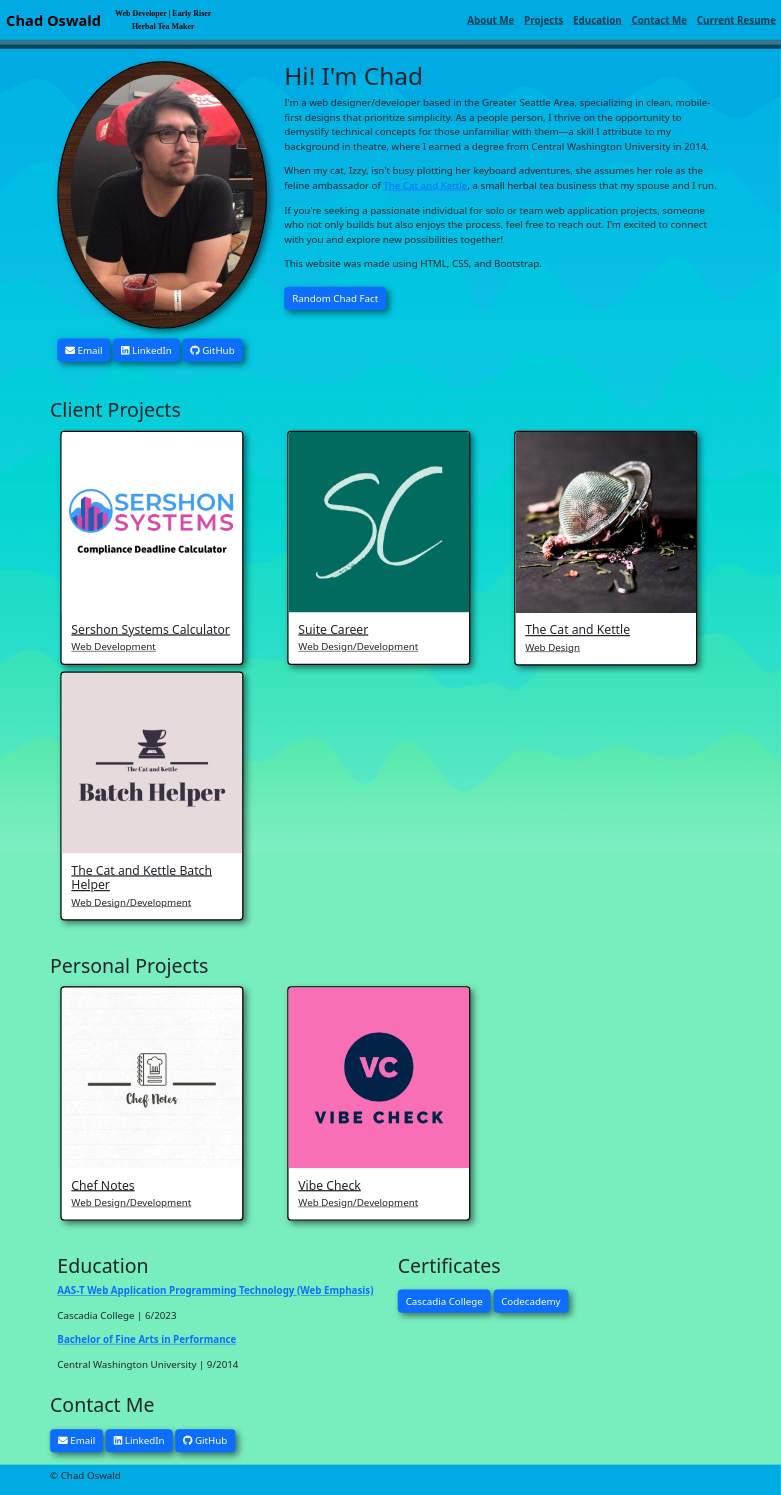
Repository: ChaidGPT/Portfolio
Page: index.html
The author's editor kept a copy of each file at every save. The page is drawn from the files as they stood at one save, then again after the next save.
The browser window is 1280 px wide. The pictures show the whole page, at 61% of full size.

Above is the page before, as saved 2023-07-30 14:54:49.

### index.html
<!DOCTYPE html>
<html lang="en">
<head>
    <meta charset="UTF-8">
    <meta name="viewport" content="width=device-width, initial-scale=1.0">
    <link rel="icon" href="images/favicon.png" type="image/x-icon">
    <title>Chad Oswald's Portfolio</title>
    <script src="js/bootstrap.min.js"></script>
    <script src="script.js"></script>
    <link rel="stylesheet" href="css/bootstrap.min.css">
    <link rel="stylesheet" href="styles.css">
    <link rel="stylesheet" href="https://cdnjs.cloudflare.com/ajax/libs/font-awesome/6.0.0-beta3/css/all.min.css">
</head>
<body data-spy="scroll" data-target="#mainNav">
    <div class="container">
        <header>
            <!-- Navbar -->
            <nav id="mainNav" class="navbar navbar-expand-lg navbar-custom fixed-top">
                <div class="navbar-brand d-flex align-items-center">
                  <span class="underline-text">Chad Oswald</span>
                  <div class="ms-2 d-flex flex-column align-items-center">
                    <span class="small-line d-block">Web Developer | Early Riser</span>
                    <span class="small-line d-block">Herbal Tea Maker</span>
                  </div>
                </div>
                <button class="navbar-toggler" type="button" data-bs-toggle="collapse" data-bs-target="#navbarNav" aria-controls="navbarNav" aria-expanded="false" aria-label="Toggle navigation">
                  <span class="navbar-toggler-icon"></span>
                </button>
                <div class="collapse navbar-collapse justify-content-end" id="navbarNav">
                  <ul class="navbar-nav">
                    <li class="nav-item">
                      <a class="nav-link" href="#section1">About Me</a>
                    </li>
                    <li class="nav-item">
                      <a class="nav-link" href="#section2">Projects</a>
                    </li>
                    <li class="nav-item">
                        <a class="nav-link" href="#section3">Education</a>
                      </li>
                    <li class="nav-item">
                      <a class="nav-link" href="#section4">Contact Me</a>
                    </li>
                    <li class="nav-item">
                      <a class="nav-link" href="Resume.html" target="_blank">Current Resume</a>
                    </li>
                  </ul>
                </div>
              </nav>
          </header>
        <main>
            <!-- Introduction section -->
            <div id="section1" class="intro">
                <div class="container">
                    <div class="row">
                        <div class="col-md-4">
                          <div class="profile-picture">
                            <img src="images/profilePicture.jpg" alt="Chad Oswald's Headshot" class="img-fluid rounded-circle" style="max-width: 300px;">
                          </div>
                            <div class="btn-container">
                                <a class="btn btn-primary" href="mailto:chadloswald@gmail.com" role="button">
                                    <i class="fas fa-envelope"></i> Email
                                </a>
                                <a class="btn btn-primary" href="https://www.linkedin.com/in/chad-oswald-994a8b1b3/" target="_blank" role="button">
                                    <i class="fab fa-linkedin"></i> LinkedIn
                                </a>
                                <a class="btn btn-primary" href="https://github.com/ChaidGPT" target="_blank" role="button">
                                    <i class="fab fa-github"></i> GitHub
                                </a>
                            </div>
                        </div>
                        <div class="col-md-8">
              <div class="title">
                <h1>Hi! I'm Chad</h1>
              </div>
                <p>I'm a web designer/developer based in the Greater Seattle Area, specializing in clean, mobile-first designs that prioritize simplicity. As a people person, I thrive on the opportunity to demystify technical concepts for those unfamiliar with them—a skill I attribute to my background in theatre, where I earned a degree from Central Washington University in 2014.</p>
                <p>When my cat, Izzy, isn't busy plotting her keyboard adventures, she assumes her role as the feline ambassador of <a href="https://www.thecatandkettle.com/" target="_blank">The Cat and Kettle</a>, a small herbal tea business that my spouse and I run.</p>
                <p>If you're seeking a passionate individual for solo or team web application projects, someone who not only builds but also enjoys the process, feel free to reach out. I'm excited to connect with you and explore new possibilities together!</p>
                <p>This website was made using HTML, CSS, and Bootstrap.</p>
                <button id="factButton" class="btn btn-primary">Random Chad Fact</button>
                <div class="chad-facts">
                  <p id="facts" class="Random-fact"></p>
                </div>
            </div>
            </div>
            </div>
            </div>
            <!-- Client Projects section -->
            <div id="section2">
              <div class="title">
                <h2>Client Projects</h2>
              </div>
                <div class="container">
                    <div class="row">
                      <!-- ---------- -->
                      <div class="col-12 col-md-6 col-lg-4">
                        <a href="https://chaidgpt.github.io/SershonSystemsQuiz/" target="_blank" class="card">
                          <img src="images/SershonSystemsQuiz.png" class="card-img-top" alt="Suite Career Logo">
                          <div class="card-body">
                            <h5 class="card-title">Sershon Systems Calculator</h5>
                            <p class="card-subtitle">Web Development</p>
                            <p class="card-description">The Compliance Deadline Calculator for Sershon Systems - a user-friendly front-end project designed to help potential clients navigate the WA Clean Buildings Performance Standard and Seattle's Building Emissions Performance Standard. This calculator seamlessly integrates into the company's SquareSpace website and can be easily updated to accommodate evolving questionnaires. Built for a SquareSpace code block with HTML, CSS, JavaScript, and BootStrap.</p>
                          </div>
                        </a>
                      </div>
                      <!-- ---------- -->
                      <div class="col-12 col-md-6 col-lg-4">
                        <a href="SuiteCareerCodeExamples.svg" target="_blank" class="card">
                          <img src="images/SuiteCareerLogo.png" class="card-img-top" alt="Suite Career Logo">
                          <div class="card-body">
                            <h5 class="card-title">Suite Career</h5>
                            <p class="card-subtitle">Web Design/Development</p>
                            <p class="card-description">I developed and administered the admin app for Suite Career, a mobile app. My contributions included creating a user-friendly design for the Web App/Admin website, building responsive web pages, creating complex ViewModels for live analytics, and collaborating with version control using GitHub, and maintained up to date GitHub wiki. Technologies used were ASP.NET Core, CSS, HTML, BootStrap, Entity Framework, and Figma.</p>
                          </div>
                        </a>
                      </div>
                      <!-- ---------- -->
                      <div class="col-12 col-md-6 col-lg-4">
                        <a href="https://www.thecatandkettle.com/" target="_blank" class="card">
                          <img src="images/TheCatandKettle.jpg" class="card-img-top" alt="The Cat and Kettle Logo">
                          <div class="card-body">
                            <h5 class="card-title">The Cat and Kettle</h5>
                            <p class="card-subtitle">Web Design</p>
                            <p class="card-description">I created a visually appealing and user-friendly website for The Cat and Kettle, an herbal tea company, using Weebly. This website showcases their range of teas, offers easy navigation, and integrates an intuitive e-commerce system. It is mobile-friendly, optimized for search engines, and reflects the company's commitment to quality and sustainability.</p>
                          </div>
                        </a>
                      </div>
                      <!-- ---------- -->
                      <div class="col-12 col-md-6 col-lg-4">
                        <a href="https://chaidgpt.github.io/CKBatchHelper/" target="_blank" class="card">
                          <img src="images/BatchHelperLogo.png" class="card-img-top" alt="The Cat and Kettle Batch Helper Logo">
                          <div class="card-body">
                            <h5 class="card-title">The Cat and Kettle Batch Helper</h5>
                            <p class="card-subtitle">Web Design/Development</p>
                            <p class="card-description">Introducing The Cat and Kettle Batch Helper, a user-friendly mobile web app designed to solve a common problem faced by The Cat and Kettle employees. It simplifies the calculation of precise ingredient amounts for 42 different herbal teas, eliminating errors and saving time. Just select a tea, enter the batch size, and get accurate measurements instantly. Built with HTML, CSS, Bootstrap, and JavaScript.</p>
                          </div>
                        </a>
                      </div>
                      <!-- ---------- -->
                    </div>
                  </div>
            </div>
            <!-- Personal Projects section -->
            <div>
              <div class="title">
                <h2>Personal Projects</h2>
              </div>
                <div class="container">
                    <div class="row">
                      <!-- ---------- -->
                      <div class="col-12 col-md-6 col-lg-4">
                        <a href="https://chaidgpt.github.io/ChefNotes/" target="_blank" class="card">
                          <img src="images/ChefNotesLogo.png" class="card-img-top" alt="Chef Notes Logo">
                          <div class="card-body">
                            <h5 class="card-title">Chef Notes</h5>
                            <p class="card-subtitle">Web Design/Development</p>
                            <p class="card-description">Chef Notes is a simple, user-friendly web app for saving recipes on the go. Simply fill in the Name, Ingredients, and Directions forms, then click Save Recipe. Your recipes are beautifully displayed below. Save as many recipes as you like, and when you're ready, print or email them with ease. Built with HTML, CSS, and JavaScript.</p>
                          </div>
                        </a>
                      </div>
                      <!-- ---------- -->
                      <div class="col-12 col-md-6 col-lg-4">
                        <a href="https://chaidgpt.github.io/Dis-Service/" target="_blank" class="card">
                          <img src="images/VibeCheckLogo.jpeg" class="card-img-top" alt="Vibe Check Logo">
                          <div class="card-body">
                            <h5 class="card-title">Vibe Check</h5>
                            <p class="card-subtitle">Web Design/Development</p>
                            <p class="card-description">The Vibe Check company really dislikes its customers. This "help" website takes information from the user and turns it around on them. Built with HTML, CSS, and JavaScript.</p>
                          </div>
                        </a>
                      </div>
                      <!-- ---------- -->
                    </div>
                  </div>
            </div>
            <!-- Education section -->
            <div id="section3" class="education">
                <div class="container">
                    <div class="row">
                        <div class="col-md-6">
                          <div class="title">
                            <h2>Education</h2>
                          </div>
                            <p><a href="https://www.cascadia.edu/programs/certificate/documents/2022/2022-2023%20AAS-T%20Web%20Applications-%20Web%20Emphasis%20Degree%205.30.22.pdf" target="_blank" style="font-weight: bold;">AAS-T Web Application Programming Technology (Web Emphasis)</a></p>
                            <p>Cascadia College | 6/2023</p>
                            <p><a href="https://www.cwu.edu/theatre/performance-bfa" target="_blank" style="font-weight: bold;">Bachelor of Fine Arts in Performance</a></p>
                            <p>Central Washington University | 9/2014</p>
                        </div>
                        <div class="col-md-6">
                          <div class="title">
                            <h2 class="text-md-start">Certificates</h2>
                          </div>

                          <a href="#collapseCascadia" class="btn btn-primary" data-bs-toggle="collapse" aria-expanded="false" aria-controls="collapseContent">Cascadia College</a>

                          <div id="collapseCascadia" class="collapse">
                            <p><a href="https://www.cascadia.edu/programs/certificate/documents/2022/2022-2023%20Cert%20WEB-%20Computer%20Programming%20Foundations%205.30.22.pdf" target="_blank" style="font-weight: bold;">Computer Programming Foundations</a></p>
                            <p>Cascadia College | 6/2023</p>
                            <p><a href="https://www.cascadia.edu/programs/certificate/documents/2022/2022-2023%20Certificate%20WEB-%20JavaScript%20Programming%205.30.22.pdf" target="_blank" style="font-weight: bold;">JavaScript Programming</a></p>
                            <p>Cascadia College | 3/2023</p>
                            <p><a href="https://www.cascadia.edu/programs/certificate/documents/2022/2022-2023%20Certificate%20WEB-%20Web%20Foundations%205.30.22.pdf" target="_blank" style="font-weight: bold;">Web Foundations</a></p>
                            <p>Cascadia College | 6/2023</p>
                          </div>

                          <a href="#collapseCodecademy" class="btn btn-primary" data-bs-toggle="collapse" aria-expanded="false" aria-controls="collapseContent">Codecademy</a>

                          <div id="collapseCodecademy" class="collapse">
                            <p><a href="https://www.codecademy.com/profiles/chip3971050668/certificates/af00e5032d0a68cc84879983f5d8333b" target="_blank" style="font-weight: bold;">Learn React Course</a></p>
                            <p>Codecademy | 7/2023</p>
                          </div>

                        </div>
                    </div>
                </div>
            </div>
            <!-- Contact section -->
            <div id="section4">
                <div class="btn-container">
              <div class="title">
                <h2>Contact Me</h2>
              </div>
                <a class="btn btn-primary" href="mailto:chadloswald@gmail.com" role="button">
                    <i class="fas fa-envelope"></i> Email
                </a>
                <a class="btn btn-primary" href="https://www.linkedin.com/in/chad-oswald-994a8b1b3/" target="_blank" role="button">
                    <i class="fab fa-linkedin"></i> LinkedIn
                </a>
                <a class="btn btn-primary" href="https://github.com/ChaidGPT" target="_blank" role="button">
                    <i class="fab fa-github"></i> GitHub
                </a>
            </div>
            </div>
        </main>
    </div>


</body>
<footer class="footer">
    <div class="container d-flex align-items-left justify-content-start">
      <p>&copy; Chad Oswald</p>
    </div>
  </footer>
</html>

### script.js
document.addEventListener("DOMContentLoaded", function () {

var sentences = [
    "Chad was born in North Dakota.",
    "Chad really enjoys the scent of tomato leaves.",
    "Chad feeds his cat at 7am, 12pm, 3pm, and 8pm.",
    "The first role that Chad every played on stage was Francis in 'Our Girls' by Conrad Seiler.",
    "Chad's favorite college acting role is Orpheus in 'Polaroid Stories' by Naomi Iizuka.",
    "Chad's favorite manga artist is Junji Ito.",
    "Chad's favorite SNES game is a tie between Chrono Trigger and Super Mario RPG.",
    "Chad's favorite N64 game is The Legend of Zelda: Majora's Mask.",
    "Chad has never traveled east of North Dakota.",
    "Chad got engaged in Honolulu.",
    "Chad's favorite western comic is Hellboy.",
    "Chad's childhood stuffed animal was the RCA dog, Nipper.",
    "Chad likes to get work started early in the day.",
    "Chad prefers cool weather. 60 degrees is t-shirt weather",
    "Chad was on the men's dance team in high school.",
    "Chad's favorite album is 'Abbey Road'.",
    "Chad's favorite book as a child was 'Mrs. Frisby and the Rats of NIMH'",
    "Chad's would rank his favorite types of candy as fruity, sour, then chocolate.",
    "Chad's two favorite movies are Tombstone and John Carpenter's The Thing.",
    "Chad has never broken a bone (knock on wood).",
    "While it wasn't the best that has ever been made, Chad has successfully made a Beef Wellington.",
  ];

  function getRandomSentence() {
    var randomIndex = Math.floor(Math.random() * sentences.length);
    return sentences[randomIndex];
  }

  document.getElementById("factButton").addEventListener("click", function() {
    var randomSentence = getRandomSentence();
    document.getElementById("facts").textContent = randomSentence;
  });

});

### styles.css
.navbar-custom {
    background-color: #00ABE4;
    font-weight: bold;
    /* border-bottom: 1px solid #000000; */
    border-bottom: 4mm ridge rgba(2, 2, 2, 0.6);
}

.navbar-brand {
    padding-left: 10px;
    font-weight: bold;
    font-size: x-large;
    text-decoration: none;
    border-bottom: #000;
}

.navbar-brand .small-line {
    font-size: small;
    padding-left: 15px;
    font-weight: bold;
    font-family: initial;
}

.nav-link {
    text-decoration: underline;
}

.nav-link:hover {
    text-decoration: none;
}

.profile-picture {
    position: relative;
    z-index: 1;
    display: inline-block;
    border: 2px solid black;
    padding: 20px;
    border-radius: 50%;
    background: url(images/wood.jpg) center center / cover;
    box-shadow: 5px 5px 10px rgba(0,0,0,0.5);
}

.profile-picture img {
    display: block;
    width: 100%;
    height: auto;
}

/* .title {
    text-shadow: 5px 5px 5px rgba(0,0,0,0.5);
} */

.btn-container {
    max-width: relative;
    z-index: 1;
    padding-bottom: 10px;
}

.img-fluid {
    max-width: 100%;
    height: auto;
}

.card {
    border: 2px solid #000;
    width: 300px;
    margin: 5px;
    /* min-width: 280px; */
    box-shadow: 5px 5px 10px rgba(0,0,0,0.5);
}

.card-body .card-subtitle {
    text-decoration: none !important;
    font-weight:lighter;
}

.card .card-description {
    position: absolute;
    top: 0;
    left: 0;
    width: 100%;
    height: 100%;
    opacity: 0;
    transition: opacity 0.3s;
    padding: 10px;
    background-color: rgba(0, 0, 0, 0.7);
    color: #fff;
}

.card:hover .card-description {
    opacity: 1;
}

body {
    background-color: #78EDBE;
    padding-top: 70px;
    background-image: url(images/background.jpeg);
    background-repeat: no-repeat;
}

#section1 {
    margin-bottom: 50px;
}

#section2 {
    margin-bottom: 50px;
}

#section3 {
    margin-bottom: 20px;
}

h2 {
    margin-bottom: 10px;
}

.footer {
    background-color: #00ABE4;
    padding-top: 5px;
    padding-bottom: 5px;
    margin-top: 10px;
}

.btn {
    margin-top: 10px;
    box-shadow: 5px 5px 10px rgba(0,0,0,0.5);
}

.chad-facts {
    padding: 10px;
    margin-top: 10px;
    border-radius: 15px;
    display: flex;
    flex-wrap: wrap;
    align-items: center;
    align-items: center;
    text-align: center;
  }

  .factButton .btn {
    margin-right: 5px;
    align-self: flex-start;

  }

  .Random-fact {
    flex-grow: 1;
    text-align: center;
  }

  @media (max-width: 767px) {
    .profile-picture {
        text-align: center;
    }
  }

  .intro {
    margin-top: 30px;
  }

  .education {
    margin-top: 50px;
  }

Loaded but not shown: js/bootstrap.min.js (library); css/bootstrap.min.css (library)

After the next save:
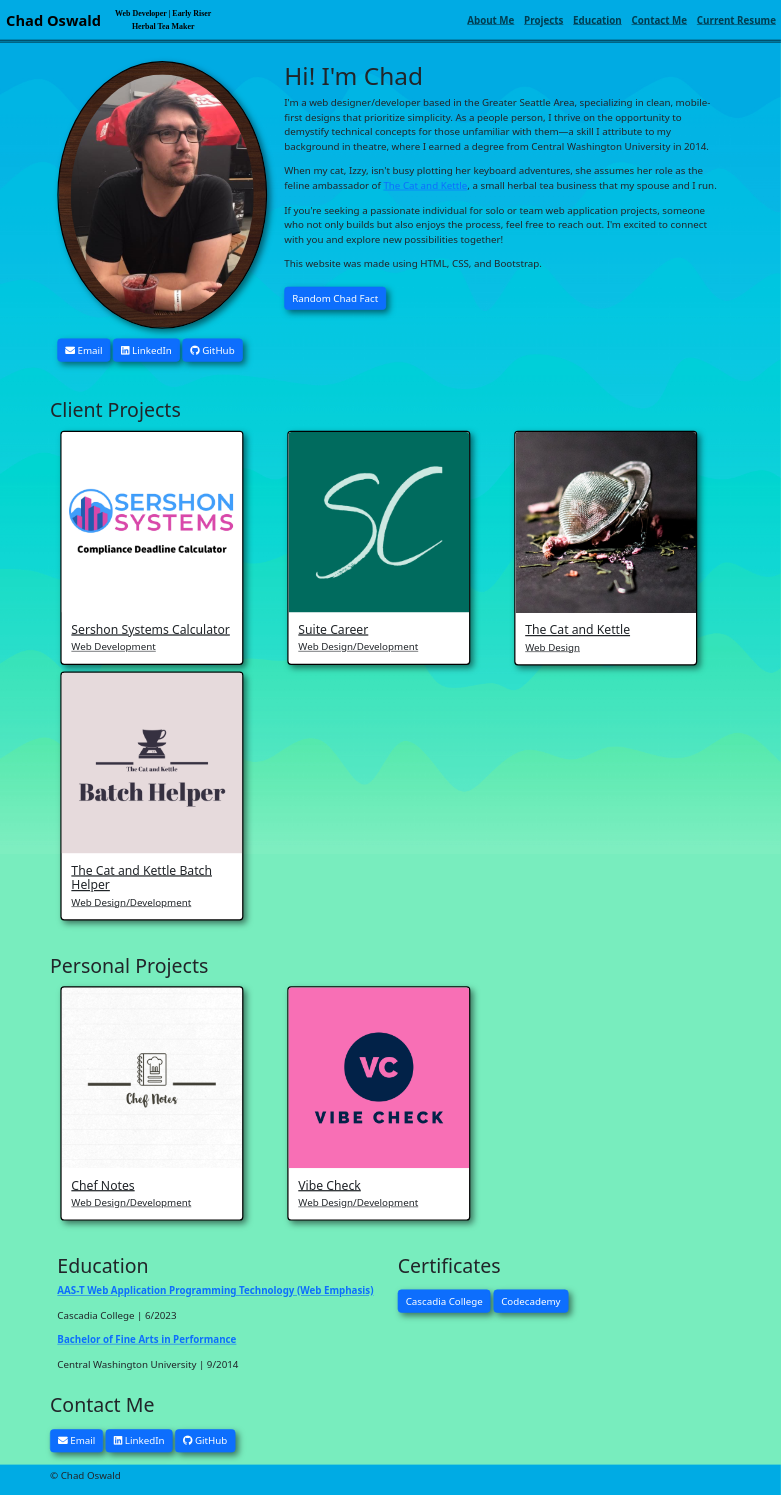
Saved 50 s later.
--- a/styles.css
+++ b/styles.css
@@ -2,7 +2,7 @@
     background-color: #00ABE4;
     font-weight: bold;
     /* border-bottom: 1px solid #000000; */
-    border-bottom: 4mm ridge rgba(2, 2, 2, 0.6);
+    border-bottom: thick double rgba(2, 2, 2, 0.6);
 }
 
 .navbar-brand {
